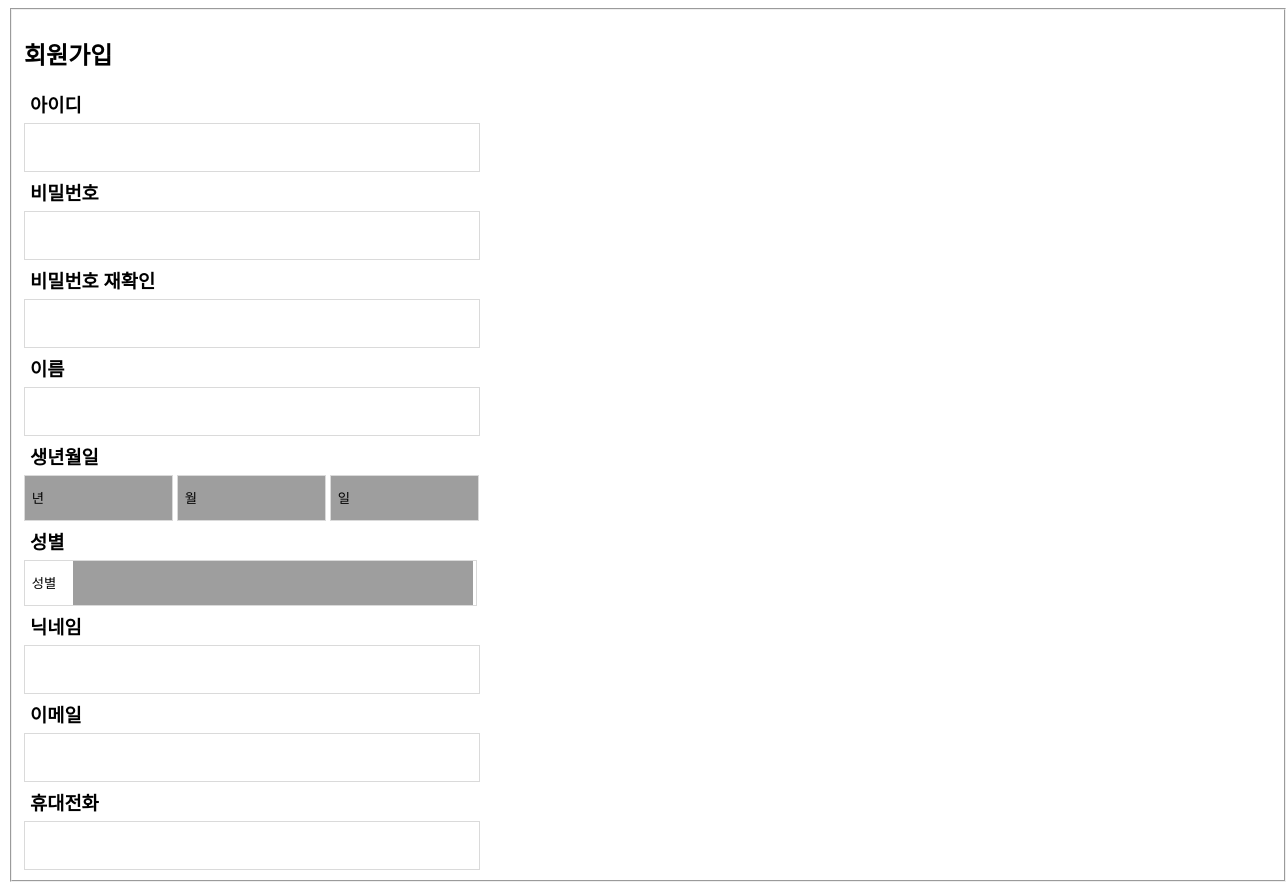
Repository: agheha/trillion
Page: YH/login/login.html
The author's editor kept a copy of each file at every save. The page is drawn from the files as they stood at one save, then again after a run of saves.
The browser window is 1280 px wide. The page is 1288 px wide, so the pictures cover 1288 px, including what lies to the right of the window. The pictures show the whole page.
Pictures or frames that could not be fetched are drawn as grey boxes.

Above is the page before, as saved 2019-09-03 18:51:49.

After the next 5 saves:
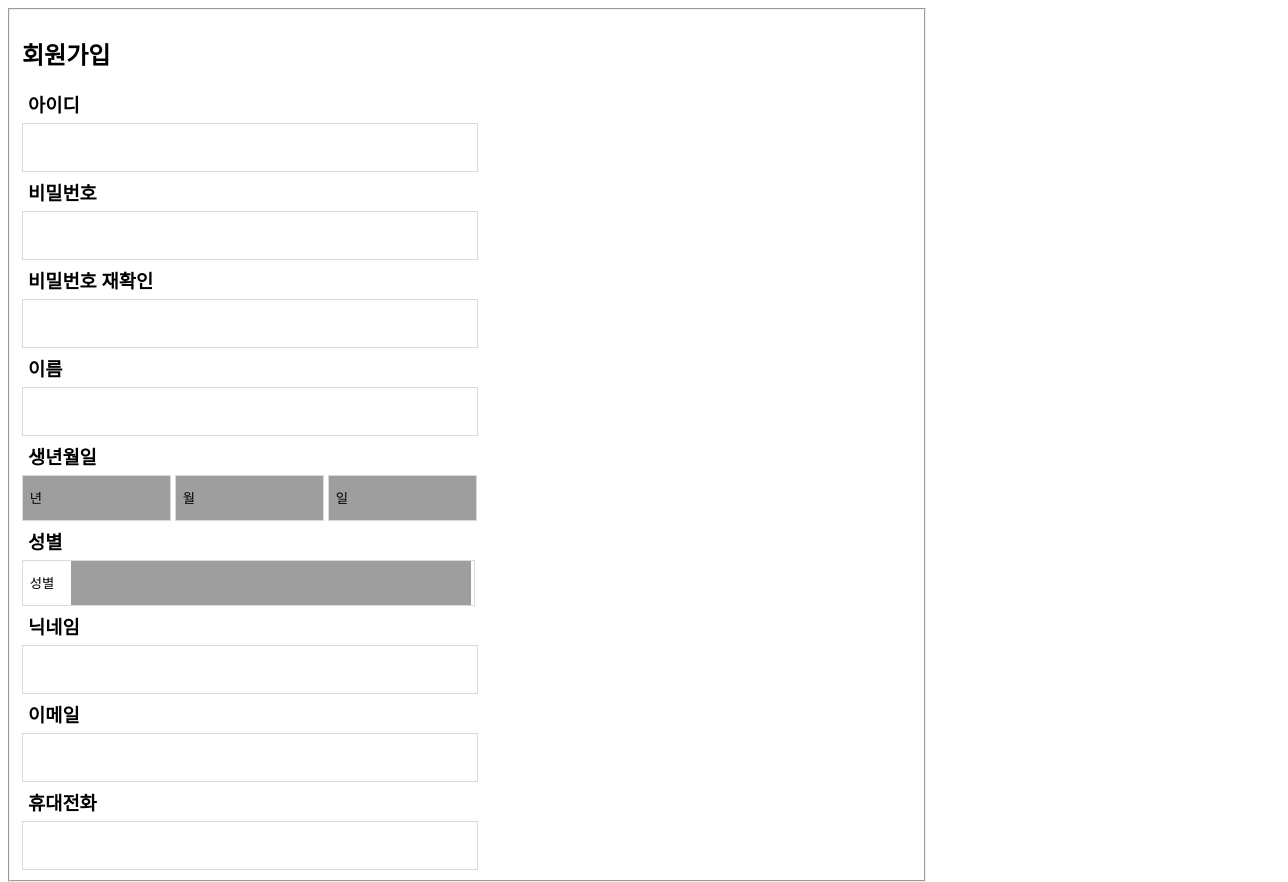
The 5 saves are shown as one change because they came seconds apart.
The last was saved 15 s later.
--- a/YH/login/login.css
+++ b/YH/login/login.css
@@ -38,5 +38,6 @@ h3 {
     margin : 6px;
 }
 fieldset {
-    margin
+    width: 890px;
+    margin : 0
 }
